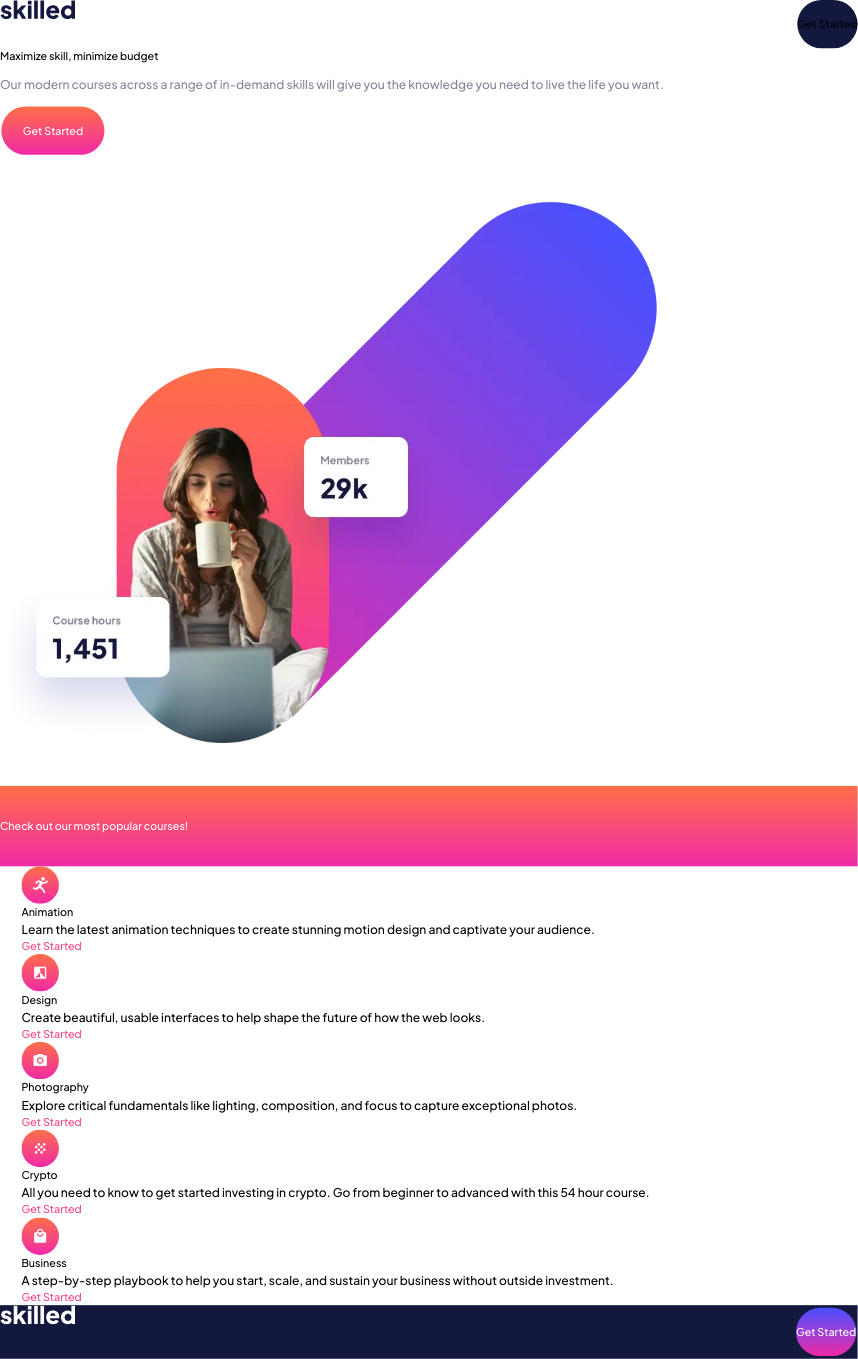
Repository: blordeus/Skilled-e-learning-landing-page
Page: index.html
An editor plug-in stored every save of this project. The page is shown before and after the next save, followed by the edit.
The browser window is 1280 px wide. The pictures show the whole page, at 67% of full size.

Above is the page before, as saved 2023-06-19 19:37:57.

### index.html
<!DOCTYPE html>
<html lang="en">
<head>
  <meta charset="UTF-8">
  <meta name="viewport" content="width=device-width, initial-scale=1.0">
  <link rel="stylesheet" href="style.css">
  <link rel="stylesheet" href="output.css">
  <link rel="preconnect" href="https://fonts.googleapis.com">
  <link rel="preconnect" href="https://fonts.gstatic.com" crossorigin>
  <link href="https://fonts.googleapis.com/css2?family=Plus+Jakarta+Sans:wght@500;700;800&display=swap" rel="stylesheet">
  <link rel="icon" type="image/png" sizes="32x32" href="./assets/favicon-32x32.png">

  <title>Frontend Mentor | Skilled e-learning landing page</title>
</head>
<body class="h-screen max-w-screen overflow-x-hidden">

  <main class="md:px-8 max-sm:px-6 xl:px-80">
    <div class="grid grid-flow-col place-content-between mb-6 mt-4">
      <img src="./assets/logo-dark.svg" alt="logo dark" class="translate-y-6">
      <button class="px-12 py-6 text-skilled-color6 rounded-full bg-skilled-color2 items-center">Get Started</button>
    </div >

    <div class="hero-section md:grid md:grid-flow-row sm:grid-cols-2 gap-4 pt-4 place-content-center">
      <div class="flex flex-1 flex-col place-content-center ">
      <h1 class="sm:text-heading-xl sm:leading-70 sm:font-weight:700 max-sm:text-heading-l max-sm:font-weight:700 xl:me-40 pb-4">Maximize skill, minimize budget</h1>
      <p class="text-skilled-color3 text-body-m leading-40 pb-4 lg:me-48">
        Our modern courses across a range of in-demand skills will give you the
        knowledge you need to live the life you want.
      </p>
      <button class="button-gradient1 px-8 py-6 rounded-full w-[40%]">Get Started</button>
      </div>
         <div class="grid md:translate-x-48 md:-translate-y-[40px] lg:translate-x-72 lg:-translate-y-[60px]">
      <picture class="sm:scale-150 lg:scale-[175%] md:scale-[175%]">
        <source srcset="/assets/image-hero-desktop.webp, /assets/image-hero-desktop@2x.webp 2x" type="image/webp"
          media="(min-width: 75em)">
        <source srcset="/assets/image-hero-desktop.png, /assets/image-hero-desktop@2x.png 2x" type="image/png"
          media="(min-width: 75em)">
        <source srcset="/assets/image-hero-tablet.webp, /assets/image-hero-tablet@2x.webp 2x" type="image/webp"
          media="(min-width: 45em)">
        <source srcset="/assets/image-hero-tablet.png, /assets/image-hero-tablet@2x.png 2x" type="image/png"
          media="(min-width: 45em)">
        <source srcset="/assets/image-hero-mobile.webp, /assets/image-hero-mobile@2x.webp 2x" type="image/webp">
        <source srcset="/assets/image-hero-mobile.png, /assets/image-hero-mobile@2x.png 2x" type="image/png">
        <img src="/assets/image-hero-mobile.png" alt="29k members and 1,451 course hours">
      </picture>
       </div>
      </div>


    </div>



    <section class="md:mt-40 grid grid-flow-row md:gap-x-4 md:gap-y-20 lg:gap-x-8 lg:gap-y-24 lg:grid-cols-3 md:grid-cols-2 gap-12 pb-24 md:grid-rows-1">
      <div class="popular-bg rounded-xl py-12 grid lg:px-4 max-sm:px-4" >
      <h2 class="text-heading-m leading-[40px] px-4 font-medium">Check out our most popular courses!</h2>
      </div

      <div class="grid gap-12 lg:gap-6">
        <div class="bg-skilled-color3 grid gap-2 px-8 py-8 rounded-lg ">
          <img src="./assets/icon-animation.svg" alt="animation" class="-translate-y-14 scale-125">
          <h2 class="text-heading-s -translate-y-8">Animation</h2>
          <p class="text-body-m leading-40 -translate-y-6">
            Learn the latest animation techniques to create stunning motion
            design and captivate your audience.
          </p>
          <p class="text-skilled-color4 text-[22px]">Get Started</p>
        </div>
        <div class="bg-skilled-color3 grid gap-2 px-8 py-8 rounded-lg ">
          <img src="./assets/icon-design.svg" alt="design" class="-translate-y-14 scale-125">
          <h2 class="text-heading-s -translate-y-8">Design</h2>
          <p class="text-body-m leading-40 -translate-y-6">
            Create beautiful, usable interfaces to help shape the future of
            how the web looks.
          </p>
          <p class="text-skilled-color4 text-[22px]">Get Started</p>
        </div>
        <div class="bg-skilled-color3 grid gap-2 px-8 py-8 rounded-lg ">
          <img src="./assets/icon-photography.svg" alt="photography" class="-translate-y-14 scale-125">
          <h2 class="text-heading-s -translate-y-8">Photography</h2>
          <p class="text-body-m leading-40 -translate-y-6">
            Explore critical fundamentals like lighting, composition, and focus
            to capture exceptional photos.
          </p>
          <p class="text-skilled-color4 text-[22px]">Get Started</p>
        </div>
        <div class="bg-skilled-color3 grid gap-2 px-8 py-8 rounded-lg ">
          <img src="./assets/icon-crypto.svg" alt="crypto" class="-translate-y-14 scale-125">
          <h2 class="text-heading-s -translate-y-8">Crypto</h2>
          <p class="text-body-m leading-40 -translate-y-6">
            All you need to know to get started investing in crypto. Go from beginner
            to advanced with this 54 hour course.
          </p>
          <p  class="text-skilled-color4 text-[22px]">Get Started</p>
        </div>
        <div class="bg-skilled-color3 grid gap-2 px-8 py-8 rounded-lg ">
          <img src="./assets/icon-business.svg" alt="business" class="-translate-y-14 scale-125">
          <h2 class="text-heading-s -translate-y-8">Business</h2>
          <p class="text-body-m leading-40 -translate-y-6">
            A step-by-step playbook to help you start, scale, and sustain your business
            without outside investment.
          </p>
          <p class="text-skilled-color4 text-[22px]">Get Started</p>
        </div>
      </div>

    </section>

  </main>
  <footer class="footer bg-skilled-color2 py-8 px-2 lg:px-40">
    <div class="grid grid-flow-col place-content-between py-4">
      <img src="./assets/logo-light.svg" alt="" class="translate-y-6">
      <button class="button-gradient2 px-12 py-6 rounded-full">Get Started</button>
    </div>
</footer>
</body>
</html>

### style.css
@import url('https://fonts.googleapis.com/css2?family=Plus+Jakarta+Sans:wght@500;700;800&display=swap');

.popular-bg{
    background: linear-gradient(to bottom, #FF6F48, #F02AA6);
    text-align: start;
    color: white;
}

.button {
    background-color: #13183F;
    border: none;
    color: white;
    padding: 10px 20px;
    text-align: center;
    text-decoration: none;
    display: inline-block;
    margin: 4px 2px;
    cursor: pointer;
    border-radius: 16px;
  }
  .button-gradient1 {
    background: linear-gradient(to bottom, #FF6F48, #F02AA6);
    border: none;
    color: white;
    text-align: center;
    text-decoration: none;
    display: inline-block;
    margin: 4px 2px;
    cursor: pointer;
    border-radius: 30px;
  }
  .button-gradient2 {
    background: linear-gradient(to bottom, #4851FF, #F02AA6);
    border: none;
    color: white;
    text-align: center;
    text-decoration: none;
    display: inline-block;
    margin: 4px 2px;
    cursor: pointer;
    border-radius: 16px;
  }

### output.css
/*
! tailwindcss v3.3.2 | MIT License | https://tailwindcss.com
*/

/*
1. Prevent padding and border from affecting element width. (https://github.com/mozdevs/cssremedy/issues/4)
2. Allow adding a border to an element by just adding a border-width. (https://github.com/tailwindcss/tailwindcss/pull/116)
*/

*,
::before,
::after {
  box-sizing: border-box;
  /* 1 */
  border-width: 0;
  /* 2 */
  border-style: solid;
  /* 2 */
  border-color: currentColor;
  /* 2 */
}

::before,
::after {
  --tw-content: '';
}

/*
1. Use a consistent sensible line-height in all browsers.
2. Prevent adjustments of font size after orientation changes in iOS.
3. Use a more readable tab size.
4. Use the user's configured `sans` font-family by default.
5. Use the user's configured `sans` font-feature-settings by default.
6. Use the user's configured `sans` font-variation-settings by default.
*/

html {
  line-height: 1.5;
  /* 1 */
  -webkit-text-size-adjust: 100%;
  /* 2 */
  -moz-tab-size: 4;
  /* 3 */
  -o-tab-size: 4;
     tab-size: 4;
  /* 3 */
  font-family: Plus Jakarta Sans, sans-serif;
  /* 4 */
  font-feature-settings: normal;
  /* 5 */
  font-variation-settings: normal;
  /* 6 */
}

/*
1. Remove the margin in all browsers.
2. Inherit line-height from `html` so users can set them as a class directly on the `html` element.
*/

body {
  margin: 0;
  /* 1 */
  line-height: inherit;
  /* 2 */
}

/*
1. Add the correct height in Firefox.
2. Correct the inheritance of border color in Firefox. (https://bugzilla.mozilla.org/show_bug.cgi?id=190655)
3. Ensure horizontal rules are visible by default.
*/

hr {
  height: 0;
  /* 1 */
  color: inherit;
  /* 2 */
  border-top-width: 1px;
  /* 3 */
}

/*
Add the correct text decoration in Chrome, Edge, and Safari.
*/

abbr:where([title]) {
  -webkit-text-decoration: underline dotted;
          text-decoration: underline dotted;
}

/*
Remove the default font size and weight for headings.
*/

h1,
h2,
h3,
h4,
h5,
h6 {
  font-size: inherit;
  font-weight: inherit;
}

/*
Reset links to optimize for opt-in styling instead of opt-out.
*/

a {
  color: inherit;
  text-decoration: inherit;
}

/*
Add the correct font weight in Edge and Safari.
*/

b,
strong {
  font-weight: bolder;
}

/*
1. Use the user's configured `mono` font family by default.
2. Correct the odd `em` font sizing in all browsers.
*/

code,
kbd,
samp,
pre {
  font-family: ui-monospace, SFMono-Regular, Menlo, Monaco, Consolas, "Liberation Mono", "Courier New", monospace;
  /* 1 */
  font-size: 1em;
  /* 2 */
}

/*
Add the correct font size in all browsers.
*/

small {
  font-size: 80%;
}

/*
Prevent `sub` and `sup` elements from affecting the line height in all browsers.
*/

sub,
sup {
  font-size: 75%;
  line-height: 0;
  position: relative;
  vertical-align: baseline;
}

sub {
  bottom: -0.25em;
}

sup {
  top: -0.5em;
}

/*
1. Remove text indentation from table contents in Chrome and Safari. (https://bugs.chromium.org/p/chromium/issues/detail?id=999088, https://bugs.webkit.org/show_bug.cgi?id=201297)
2. Correct table border color inheritance in all Chrome and Safari. (https://bugs.chromium.org/p/chromium/issues/detail?id=935729, https://bugs.webkit.org/show_bug.cgi?id=195016)
3. Remove gaps between table borders by default.
*/

table {
  text-indent: 0;
  /* 1 */
  border-color: inherit;
  /* 2 */
  border-collapse: collapse;
  /* 3 */
}

/*
1. Change the font styles in all browsers.
2. Remove the margin in Firefox and Safari.
3. Remove default padding in all browsers.
*/

button,
input,
optgroup,
select,
textarea {
  font-family: inherit;
  /* 1 */
  font-size: 100%;
  /* 1 */
  font-weight: inherit;
  /* 1 */
  line-height: inherit;
  /* 1 */
  color: inherit;
  /* 1 */
  margin: 0;
  /* 2 */
  padding: 0;
  /* 3 */
}

/*
Remove the inheritance of text transform in Edge and Firefox.
*/

button,
select {
  text-transform: none;
}

/*
1. Correct the inability to style clickable types in iOS and Safari.
2. Remove default button styles.
*/

button,
[type='button'],
[type='reset'],
[type='submit'] {
  /* 1 */
  background-color: transparent;
  /* 2 */
  background-image: none;
  /* 2 */
}

/*
Use the modern Firefox focus style for all focusable elements.
*/

:-moz-focusring {
  outline: auto;
}

/*
Remove the additional `:invalid` styles in Firefox. (https://github.com/mozilla/gecko-dev/blob/2f9eacd9d3d995c937b4251a5557d95d494c9be1/layout/style/res/forms.css#L728-L737)
*/

:-moz-ui-invalid {
  box-shadow: none;
}

/*
Add the correct vertical alignment in Chrome and Firefox.
*/

progress {
  vertical-align: baseline;
}

/*
Correct the cursor style of increment and decrement buttons in Safari.
*/

::-webkit-inner-spin-button,
::-webkit-outer-spin-button {
  height: auto;
}

/*
1. Correct the odd appearance in Chrome and Safari.
2. Correct the outline style in Safari.
*/

[type='search'] {
  /* 1 */
  outline-offset: -2px;
  /* 2 */
}

/*
Remove the inner padding in Chrome and Safari on macOS.
*/

::-webkit-search-decoration {
  -webkit-appearance: none;
}

/*
1. Correct the inability to style clickable types in iOS and Safari.
2. Change font properties to `inherit` in Safari.
*/

::-webkit-file-upload-button {
  -webkit-appearance: button;
  /* 1 */
  font: inherit;
  /* 2 */
}

/*
Add the correct display in Chrome and Safari.
*/

summary {
  display: list-item;
}

/*
Removes the default spacing and border for appropriate elements.
*/

blockquote,
dl,
dd,
h1,
h2,
h3,
h4,
h5,
h6,
hr,
figure,
p,
pre {
  margin: 0;
}

fieldset {
  margin: 0;
  padding: 0;
}

legend {
  padding: 0;
}

ol,
ul,
menu {
  list-style: none;
  margin: 0;
  padding: 0;
}

/*
Prevent resizing textareas horizontally by default.
*/

textarea {
  resize: vertical;
}

/*
1. Reset the default placeholder opacity in Firefox. (https://github.com/tailwindlabs/tailwindcss/issues/3300)
2. Set the default placeholder color to the user's configured gray 400 color.
*/

input::-moz-placeholder, textarea::-moz-placeholder {
  opacity: 1;
  /* 1 */
  color: #9ca3af;
  /* 2 */
}

input::placeholder,
textarea::placeholder {
  opacity: 1;
  /* 1 */
  color: #9ca3af;
  /* 2 */
}

/*
Set the default cursor for buttons.
*/

button,
[role="button"] {
  cursor: pointer;
}

/*
Make sure disabled buttons don't get the pointer cursor.
*/

:disabled {
  cursor: default;
}

/*
1. Make replaced elements `display: block` by default. (https://github.com/mozdevs/cssremedy/issues/14)
2. Add `vertical-align: middle` to align replaced elements more sensibly by default. (https://github.com/jensimmons/cssremedy/issues/14#issuecomment-634934210)
   This can trigger a poorly considered lint error in some tools but is included by design.
*/

img,
svg,
video,
canvas,
audio,
iframe,
embed,
object {
  display: block;
  /* 1 */
  /* 2 */
}

/*
Constrain images and videos to the parent width and preserve their intrinsic aspect ratio. (https://github.com/mozdevs/cssremedy/issues/14)
*/

img,
video {
  max-width: 100%;
  height: auto;
}

/* Make elements with the HTML hidden attribute stay hidden by default */

[hidden] {
  display: none;
}

*, ::before, ::after {
  --tw-border-spacing-x: 0;
  --tw-border-spacing-y: 0;
  --tw-translate-x: 0;
  --tw-translate-y: 0;
  --tw-rotate: 0;
  --tw-skew-x: 0;
  --tw-skew-y: 0;
  --tw-scale-x: 1;
  --tw-scale-y: 1;
  --tw-pan-x:  ;
  --tw-pan-y:  ;
  --tw-pinch-zoom:  ;
  --tw-scroll-snap-strictness: proximity;
  --tw-gradient-from-position:  ;
  --tw-gradient-via-position:  ;
  --tw-gradient-to-position:  ;
  --tw-ordinal:  ;
  --tw-slashed-zero:  ;
  --tw-numeric-figure:  ;
  --tw-numeric-spacing:  ;
  --tw-numeric-fraction:  ;
  --tw-ring-inset:  ;
  --tw-ring-offset-width: 0px;
  --tw-ring-offset-color: #fff;
  --tw-ring-color: rgb(59 130 246 / 0.5);
  --tw-ring-offset-shadow: 0 0 #0000;
  --tw-ring-shadow: 0 0 #0000;
  --tw-shadow: 0 0 #0000;
  --tw-shadow-colored: 0 0 #0000;
  --tw-blur:  ;
  --tw-brightness:  ;
  --tw-contrast:  ;
  --tw-grayscale:  ;
  --tw-hue-rotate:  ;
  --tw-invert:  ;
  --tw-saturate:  ;
  --tw-sepia:  ;
  --tw-drop-shadow:  ;
  --tw-backdrop-blur:  ;
  --tw-backdrop-brightness:  ;
  --tw-backdrop-contrast:  ;
  --tw-backdrop-grayscale:  ;
  --tw-backdrop-hue-rotate:  ;
  --tw-backdrop-invert:  ;
  --tw-backdrop-opacity:  ;
  --tw-backdrop-saturate:  ;
  --tw-backdrop-sepia:  ;
}

::backdrop {
  --tw-border-spacing-x: 0;
  --tw-border-spacing-y: 0;
  --tw-translate-x: 0;
  --tw-translate-y: 0;
  --tw-rotate: 0;
  --tw-skew-x: 0;
  --tw-skew-y: 0;
  --tw-scale-x: 1;
  --tw-scale-y: 1;
  --tw-pan-x:  ;
  --tw-pan-y:  ;
  --tw-pinch-zoom:  ;
  --tw-scroll-snap-strictness: proximity;
  --tw-gradient-from-position:  ;
  --tw-gradient-via-position:  ;
  --tw-gradient-to-position:  ;
  --tw-ordinal:  ;
  --tw-slashed-zero:  ;
  --tw-numeric-figure:  ;
  --tw-numeric-spacing:  ;
  --tw-numeric-fraction:  ;
  --tw-ring-inset:  ;
  --tw-ring-offset-width: 0px;
  --tw-ring-offset-color: #fff;
  --tw-ring-color: rgb(59 130 246 / 0.5);
  --tw-ring-offset-shadow: 0 0 #0000;
  --tw-ring-shadow: 0 0 #0000;
  --tw-shadow: 0 0 #0000;
  --tw-shadow-colored: 0 0 #0000;
  --tw-blur:  ;
  --tw-brightness:  ;
  --tw-contrast:  ;
  --tw-grayscale:  ;
  --tw-hue-rotate:  ;
  --tw-invert:  ;
  --tw-saturate:  ;
  --tw-sepia:  ;
  --tw-drop-shadow:  ;
  --tw-backdrop-blur:  ;
  --tw-backdrop-brightness:  ;
  --tw-backdrop-contrast:  ;
  --tw-backdrop-grayscale:  ;
  --tw-backdrop-hue-rotate:  ;
  --tw-backdrop-invert:  ;
  --tw-backdrop-opacity:  ;
  --tw-backdrop-saturate:  ;
  --tw-backdrop-sepia:  ;
}

.grid {
  display: grid;
}

.min-h-screen {
  min-height: 100vh;
}

.w-full {
  width: 100%;
}

.grid-flow-row {
  grid-auto-flow: row;
}

.grid-flow-col {
  grid-auto-flow: column;
}

.place-content-between {
  place-content: space-between;
}

.rounded-full {
  border-radius: 9999px;
}

.bg-skilled-color2 {
  --tw-bg-opacity: 1;
  background-color: rgb(19 24 63 / var(--tw-bg-opacity));
}

.p-4 {
  padding: 1rem;
}

.p-6 {
  padding: 1.5rem;
}

.p-8 {
  padding: 2rem;
}

.px-8 {
  padding-left: 2rem;
  padding-right: 2rem;
}

.py-12 {
  padding-top: 3rem;
  padding-bottom: 3rem;
}

.py-6 {
  padding-top: 1.5rem;
  padding-bottom: 1.5rem;
}

.pb-4 {
  padding-bottom: 1rem;
}

.text-heading-xl {
  font-size: 56px;
}

.text-body-m {
  font-size: 18px;
}

.leading-28 {
  line-height: 28px;
}

.leading-70 {
  line-height: 70px;
}

.text-skilled-color3 {
  --tw-text-opacity: 1;
  color: rgb(131 134 154 / var(--tw-text-opacity));
}

.text-skilled-color4 {
  --tw-text-opacity: 1;
  color: rgb(247 71 128 / var(--tw-text-opacity));
}

@media (min-width: 640px) {
  .sm\:text-heading-l {
    font-size: 40px;
  }

  .sm\:leading-51 {
    line-height: 51px;
  }
}

After the next save:
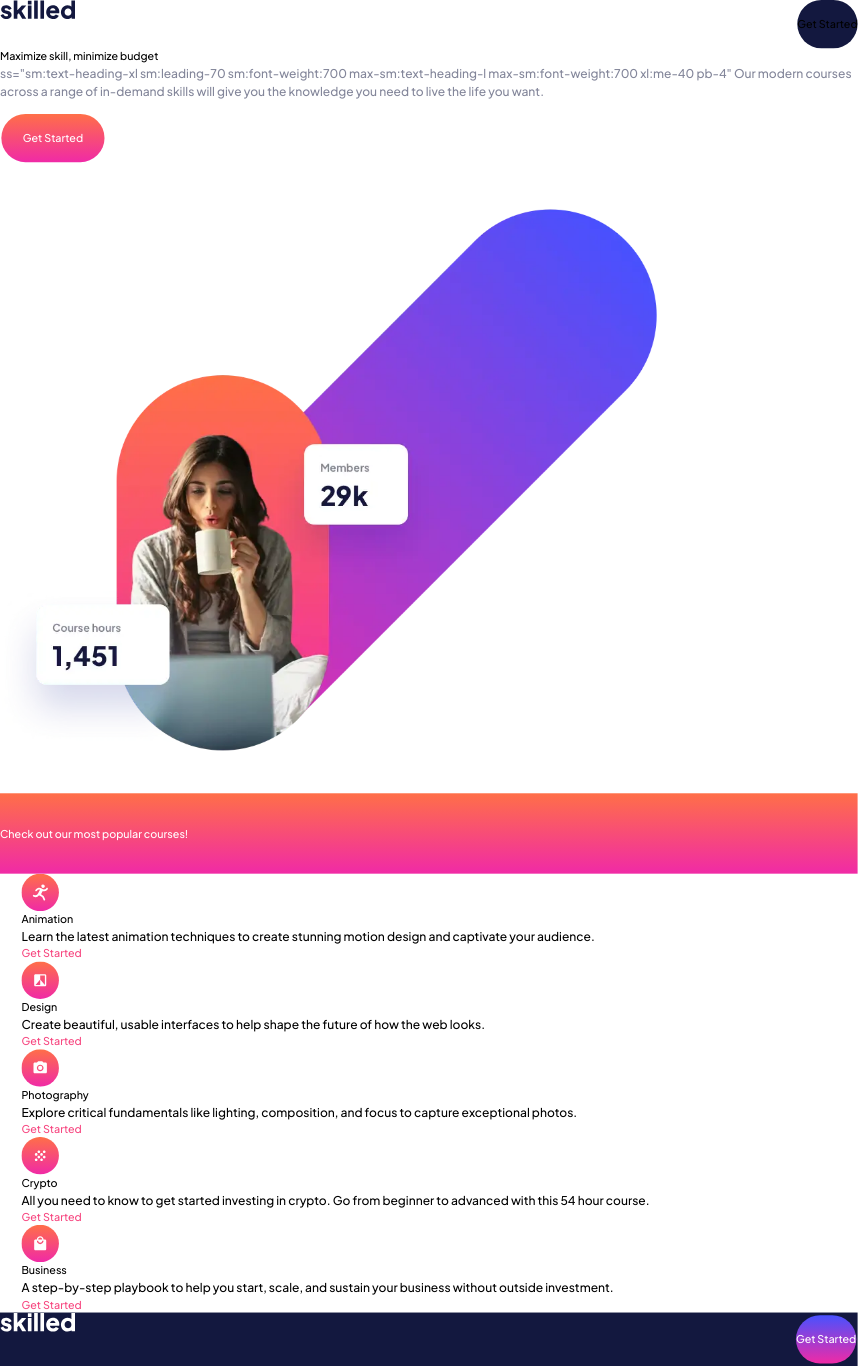
Saved 7 s later.
--- a/index.html
+++ b/index.html
@@ -22,8 +22,8 @@
 
     <div class="hero-section md:grid md:grid-flow-row sm:grid-cols-2 gap-4 pt-4 place-content-center">
       <div class="flex flex-1 flex-col place-content-center ">
-      <h1 class="sm:text-heading-xl sm:leading-70 sm:font-weight:700 max-sm:text-heading-l max-sm:font-weight:700 xl:me-40 pb-4">Maximize skill, minimize budget</h1>
-      <p class="text-skilled-color3 text-body-m leading-40 pb-4 lg:me-48">
+      <h1 cla>Maximize skill, minimize budget</h1>
+      <p class="text-skilled-color3 text-body-m leading-40 pb-4 lg:me-48">ss="sm:text-heading-xl sm:leading-70 sm:font-weight:700 max-sm:text-heading-l max-sm:font-weight:700 xl:me-40 pb-4"
         Our modern courses across a range of in-demand skills will give you the
         knowledge you need to live the life you want.
       </p>

After the save that followed:
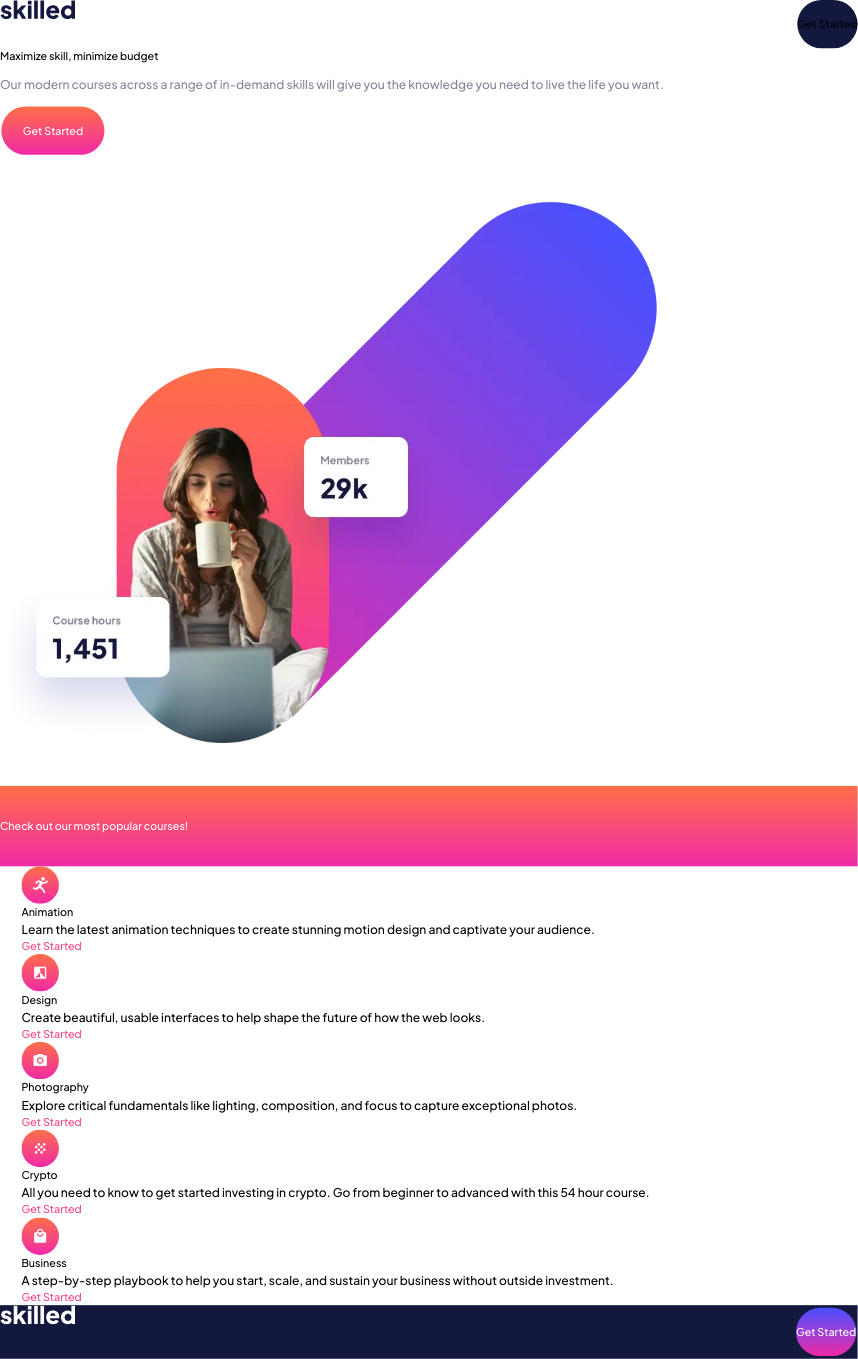
Saved 20 s later.
--- a/index.html
+++ b/index.html
@@ -22,8 +22,8 @@
 
     <div class="hero-section md:grid md:grid-flow-row sm:grid-cols-2 gap-4 pt-4 place-content-center">
       <div class="flex flex-1 flex-col place-content-center ">
-      <h1 cla>Maximize skill, minimize budget</h1>
-      <p class="text-skilled-color3 text-body-m leading-40 pb-4 lg:me-48">ss="sm:text-heading-xl sm:leading-70 sm:font-weight:700 max-sm:text-heading-l max-sm:font-weight:700 xl:me-40 pb-4"
+      <h1 class="sm:text-heading-xl sm:leading-70 sm:font-weight:700 max-sm:text-heading-l max-sm:font-weight:700 xl:me-40 pb-4">Maximize skill, minimize budget</h1>
+      <p class="text-skilled-color3 text-body-m leading-40 pb-4 lg:me-48">
         Our modern courses across a range of in-demand skills will give you the
         knowledge you need to live the life you want.
       </p>
